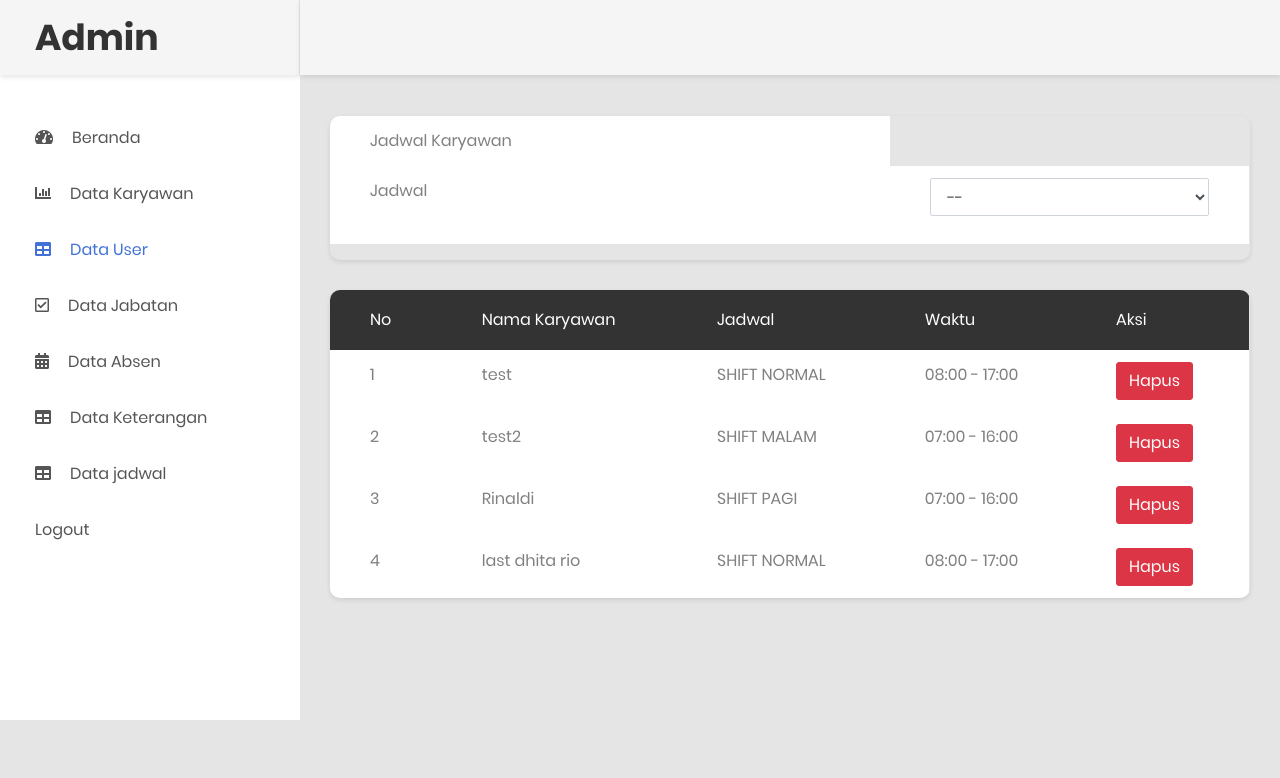
Repository: naldi23bob/Absen2
Page: http://localhost/datajadwal.php
An editor plug-in stored every save of this project. The page is shown before and after the next save, followed by the edit.
The browser window is 1280 px wide. The pictures show the whole page.
The page is run by PHP 8.4 with error messages shown; the project is at /var/www/html/. The session is filled in as if someone had signed in: {"idsi": 2, "namasi": "admin", "ttlsi": 1, "jenkelsi": 1, "agamasi": 1, "alamatsi": 1, "teleponsi": 1, "jabatansi": 1, "schedulesi": 1, "fotosi": 1, "username": "admin"}. The database holds what the project's SQL file puts in it.

Above is the page before, as saved 2023-07-23 16:11:36.

After the next save:
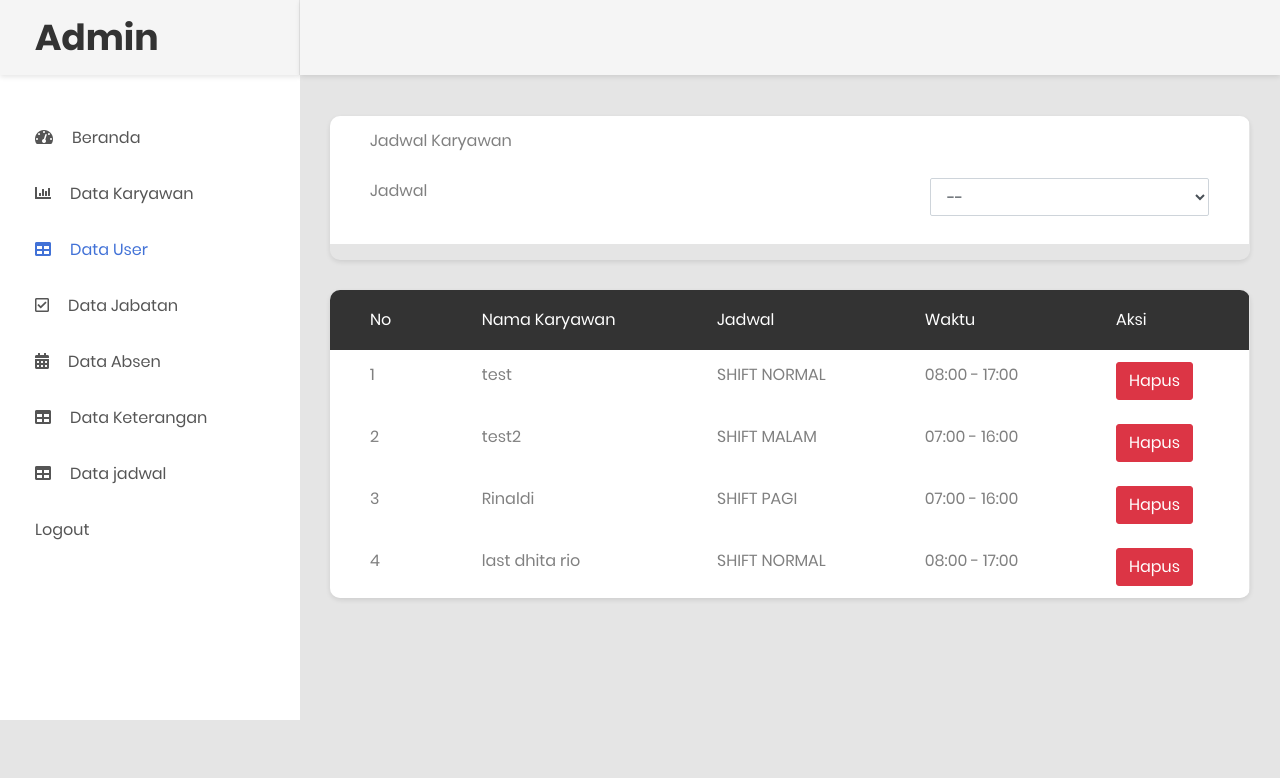
Saved 36 s later.
--- a/datajadwal.php
+++ b/datajadwal.php
@@ -194,6 +194,8 @@
                                 <div class="form-group">
                                 <table class="table table-borderless table-striped table-earning" >
                                         <td> Jadwal Karyawan <?td>
+                                        <td>
+                                        </td>
                                         <tbody>
                                         <td>Jadwal</td>
                                                 <td>

After the save that followed:
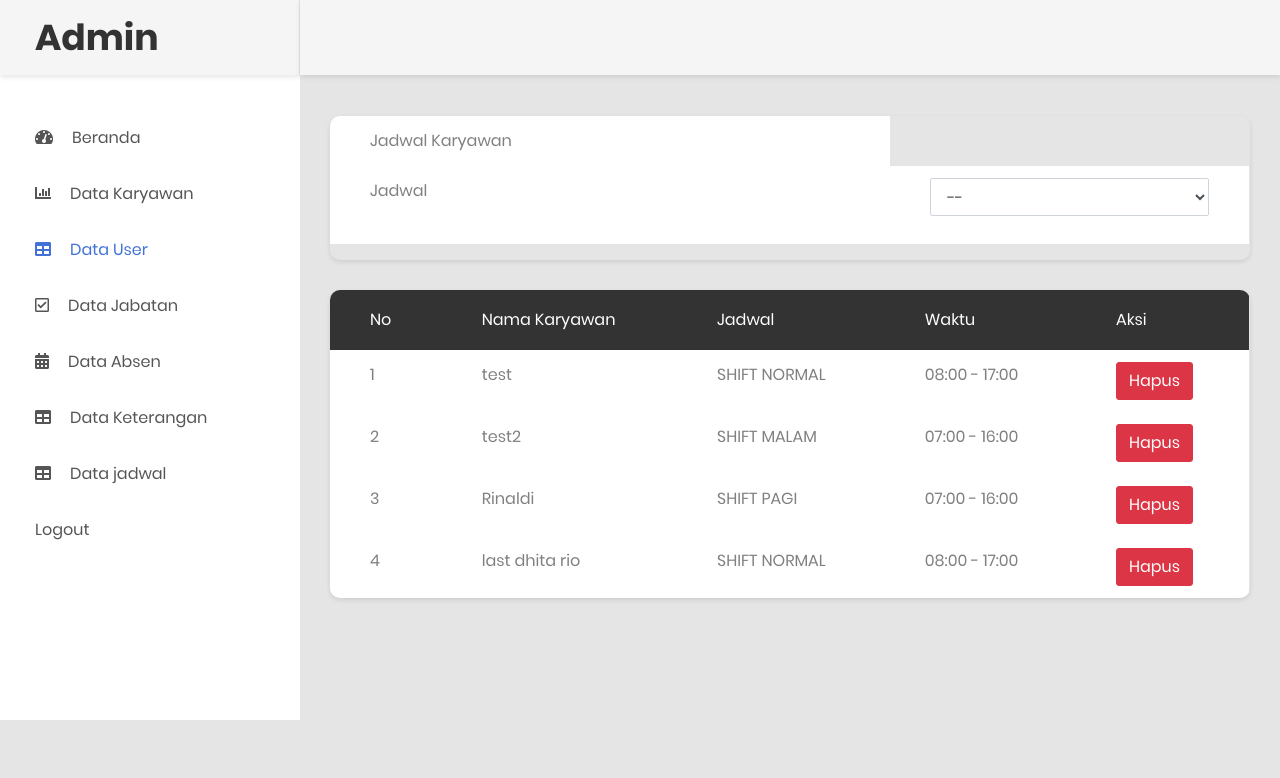
Saved 116 s later.
--- a/datajadwal.php
+++ b/datajadwal.php
@@ -193,8 +193,8 @@
                             <form action="admin/admin_save.php" method="post">
                                 <div class="form-group">
                                 <table class="table table-borderless table-striped table-earning" >
-                                        <td> Jadwal Karyawan <?td>
-                                        <td>
+                                        <td> Jadwal Karyawan </td>
+                                        </td>
                                         </td>
                                         <tbody>
                                         <td>Jadwal</td>
